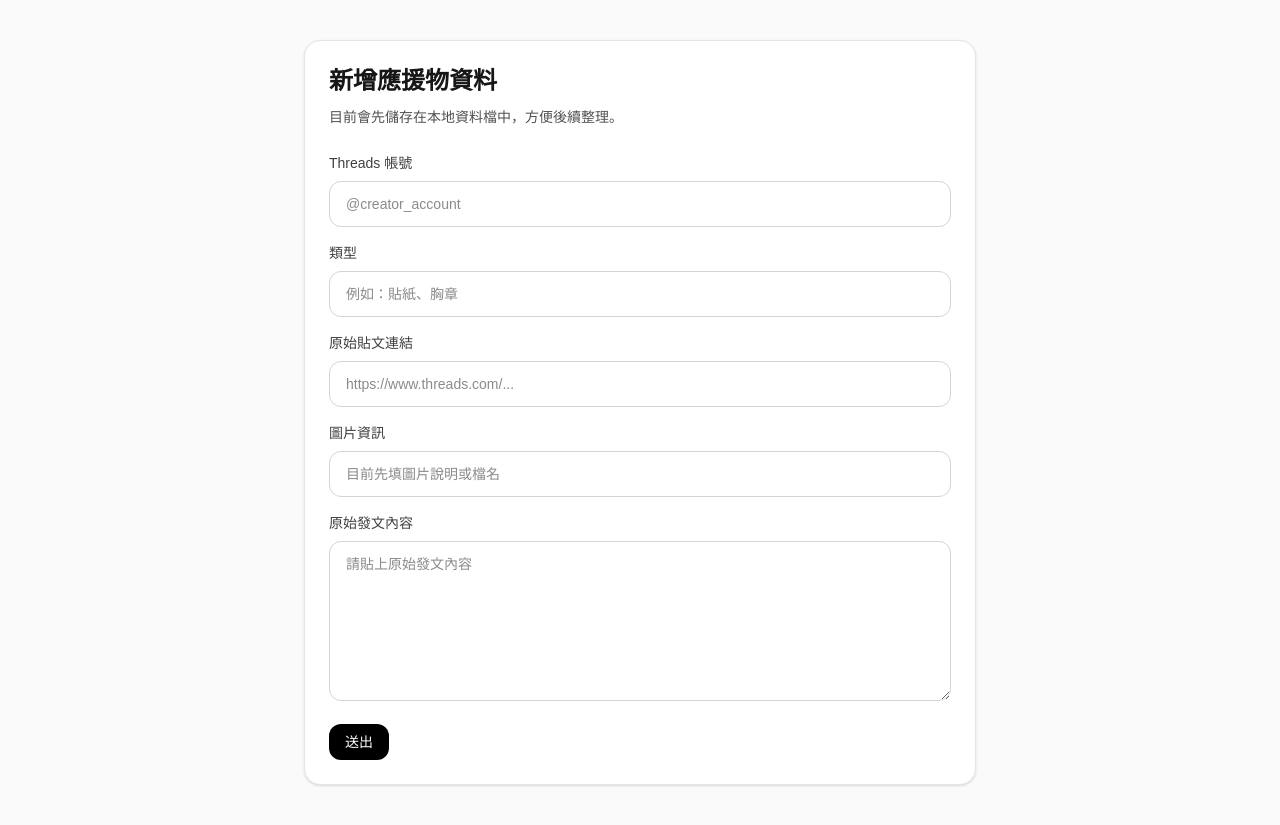
Repository: tzuhan2575/cheering-source-site
Page: /submit
These files come from the project's save history. The page is drawn as it stood at one moment and after the next save; the edit follows.
The browser window is 1280 px wide. The pictures show the whole page.
The project was rebuilt for these pictures with package versions that can differ from the ones it lists, and the page was loaded fresh each time. The framework's server and built-in components were replaced by stand-ins that run in the browser. Also part of the build but not shown: next.config.ts.

Above is the page before, as saved 2026-03-13 22:25:11.

After the next save:
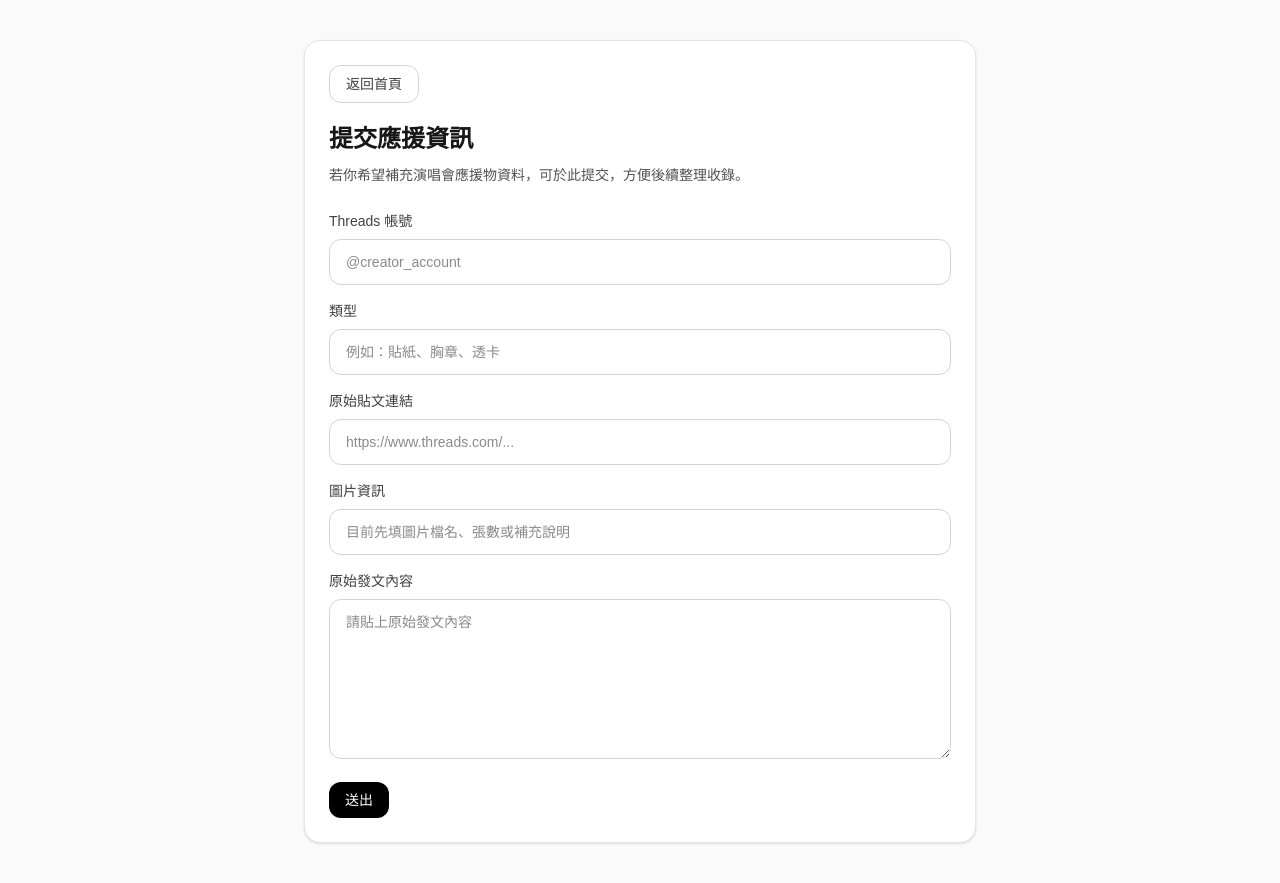
Saved 28 s later.
--- a/app/submit/page.tsx
+++ b/app/submit/page.tsx
@@ -1,5 +1,6 @@
 "use client";
 
+import Link from "next/link";
 import { FormEvent, useState } from "react";
 
 export default function SubmitPage() {
@@ -46,9 +47,18 @@ export default function SubmitPage() {
   return (
     <main className="min-h-screen bg-neutral-50 px-6 py-10">
       <div className="mx-auto max-w-2xl rounded-2xl border border-neutral-200 bg-white p-6 shadow-sm">
-        <h1 className="text-2xl font-bold text-neutral-900">新增應援物資料</h1>
+        <div className="mb-5">
+          <Link
+            href="/"
+            className="inline-flex rounded-xl border border-neutral-300 bg-white px-4 py-2 text-sm text-neutral-700 transition hover:border-neutral-400"
+          >
+            返回首頁
+          </Link>
+        </div>
+
+        <h1 className="text-2xl font-bold text-neutral-900">提交應援資訊</h1>
         <p className="mt-2 text-sm leading-6 text-neutral-600">
-          目前會先儲存在本地資料檔中，方便後續整理。
+          若你希望補充演唱會應援物資料，可於此提交，方便後續整理收錄。
         </p>
 
         <form onSubmit={handleSubmit} className="mt-6 space-y-4">
@@ -73,7 +83,7 @@ export default function SubmitPage() {
               type="text"
               value={form.types}
               onChange={(e) => setForm({ ...form, types: e.target.value })}
-              placeholder="例如：貼紙、胸章"
+              placeholder="例如：貼紙、胸章、透卡"
               className="w-full rounded-xl border border-neutral-300 px-4 py-3 text-sm outline-none"
             />
           </div>
@@ -99,7 +109,7 @@ export default function SubmitPage() {
               type="text"
               value={form.imageInfo}
               onChange={(e) => setForm({ ...form, imageInfo: e.target.value })}
-              placeholder="目前先填圖片說明或檔名"
+              placeholder="目前先填圖片檔名、張數或補充說明"
               className="w-full rounded-xl border border-neutral-300 px-4 py-3 text-sm outline-none"
             />
           </div>
